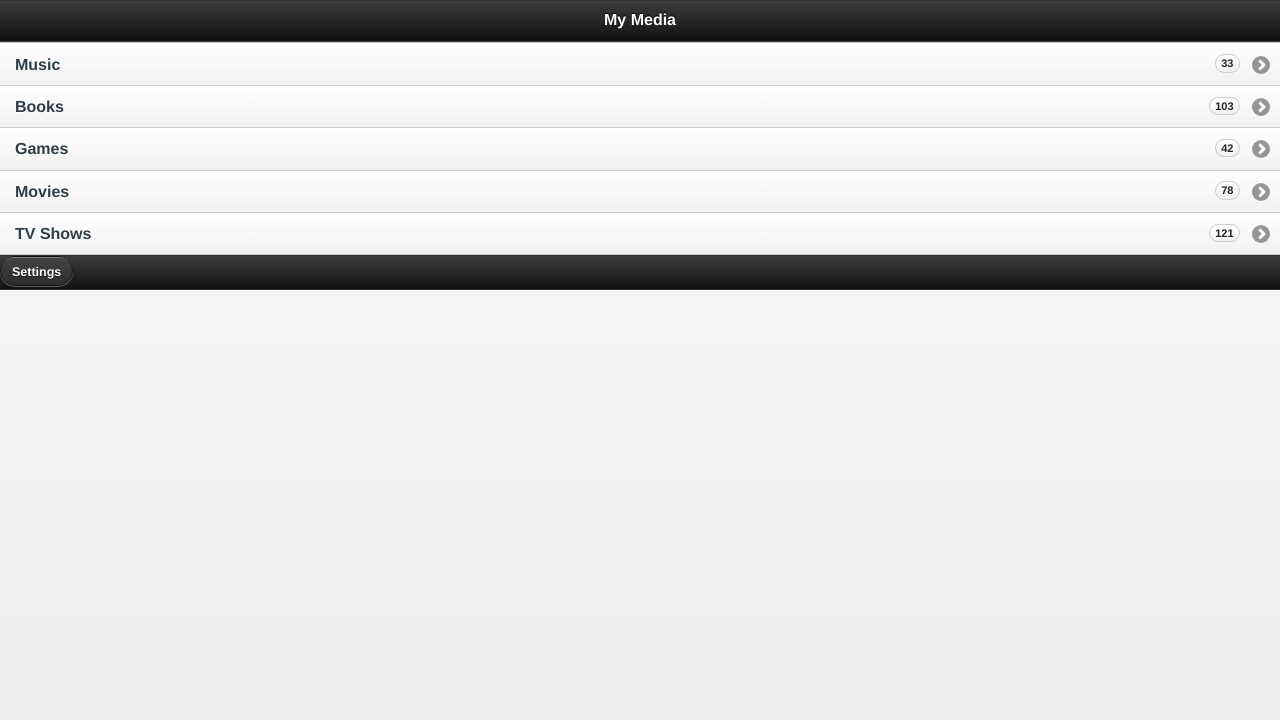
Repository: shavo0915/MediaCollectionApp
Page: MediaCollectionApp/assets/www/index.html
These files come from the project's save history. The page is drawn as it stood at one moment and after the next save; the edit follows.
The browser window is 1280 px wide. The pictures show the whole page.

Above is the page before, as saved 2013-01-30 22:17:05.

### MediaCollectionApp/assets/www/index.html
<!DOCTYPE html>
<html>
<head>
	<title>Media Collection App</title>
	<meta name="viewport" content="width=device-width, initial-scale=1">
	<link rel="stylesheet" href="jquery.mobile-1.2.0/jquery.mobile-1.2.0.css" />
	<script src="jQuery/jquery-1.8.2.js"></script>
	<script src="jquery.mobile-1.2.0/jquery.mobile-1.2.0.js"></script>
</head>
<body>

<div data-role="page">

	<div data-role="header">
		<h1>My Media</h1>
	</div><!-- /header -->
		<ul data-role="listview">
			<li>
				<a href="">
					Music
					<span class="ui-li-count">33</span>
				</a>
			</li>
			<li>
				<a href="">
					Books
					<span class="ui-li-count">103</span>
				</a>
			</li>
			<li>
				<a href="">
					Games
					<span class="ui-li-count">42</span>
				</a>
			</li>
			<li>
				<a href="">
					Movies
					<span class="ui-li-count">78</span>
				</a>
			</li>
			<li>
				<a href="">
					TV Shows
					<span class="ui-li-count">121</span>
				</a>
			</li>

			<div data-role="footer">
				<a href="" data-role="button" data-theme="a">Settings</a>
			</div>

		</ul>

	</div><!-- /page -->

</body>
</html>

Loaded but not shown: MediaCollectionApp/assets/www/jquery.mobile-1.2.0/jquery.mobile-1.2.0.css (library); MediaCollectionApp/assets/www/jQuery/jquery-1.8.2.js (library); MediaCollectionApp/assets/www/jquery.mobile-1.2.0/jquery.mobile-1.2.0.js (library)

After the next save:
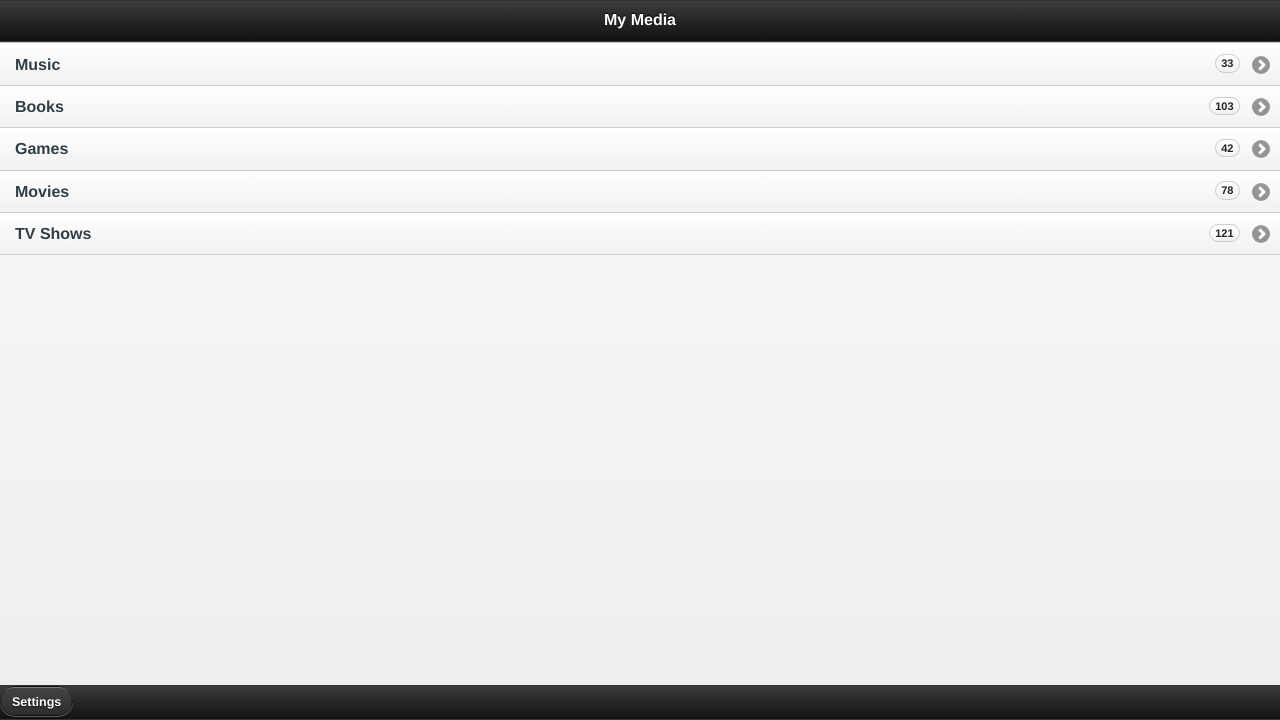
Saved 52 s later.
--- a/MediaCollectionApp/assets/www/index.html
+++ b/MediaCollectionApp/assets/www/index.html
@@ -46,7 +46,7 @@
 				</a>
 			</li>
 
-			<div data-role="footer">
+			<div data-role="footer" data-position="fixed">
 				<a href="" data-role="button" data-theme="a">Settings</a>
 			</div>
 
